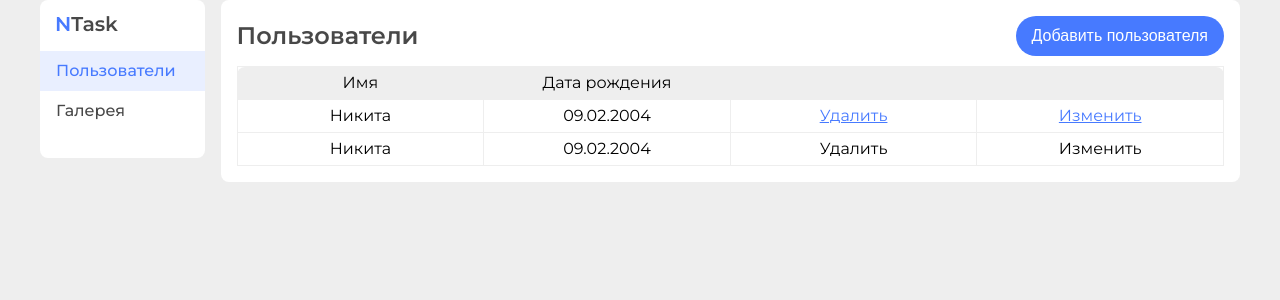
Repository: Grid-Master/NTask
Page: /
The author's editor kept a copy of each file at every save. The page is drawn from the files as they stood at one save, then again after the next save.
The browser window is 1280 px wide. The pictures show the whole page.
The project was rebuilt for these pictures with package versions that can differ from the ones it lists, and the page was loaded fresh each time.

Above is the page before, as saved 2023-06-05 09:39:20.

After the next save:
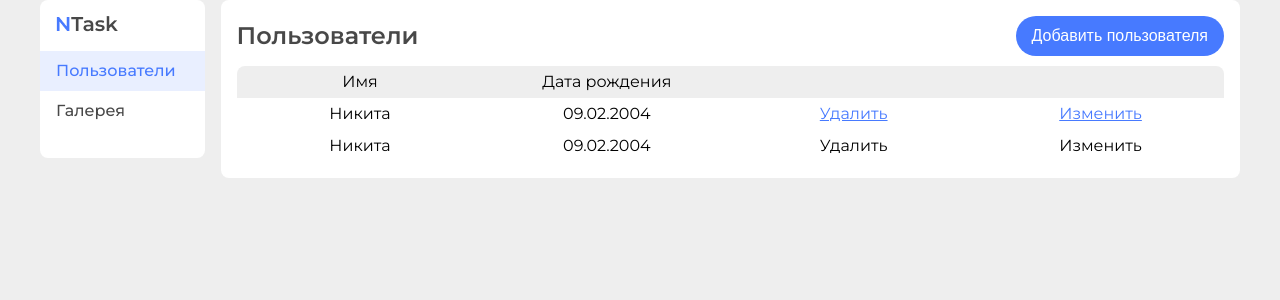
Saved 91 min 45 s later.
--- a/src/components/userList/userList.sass
+++ b/src/components/userList/userList.sass
@@ -28,11 +28,10 @@
             opacity: .8
     &__table
         margin-top: 10px
-        border-radius: 8px
         width: 100%
         border-radius: 8px
         td
-            border: 1px solid #EEEEEE
+            // border: 1px solid #EEEEEE
             width: 238px
             text-align: center
             padding: 8px 0
